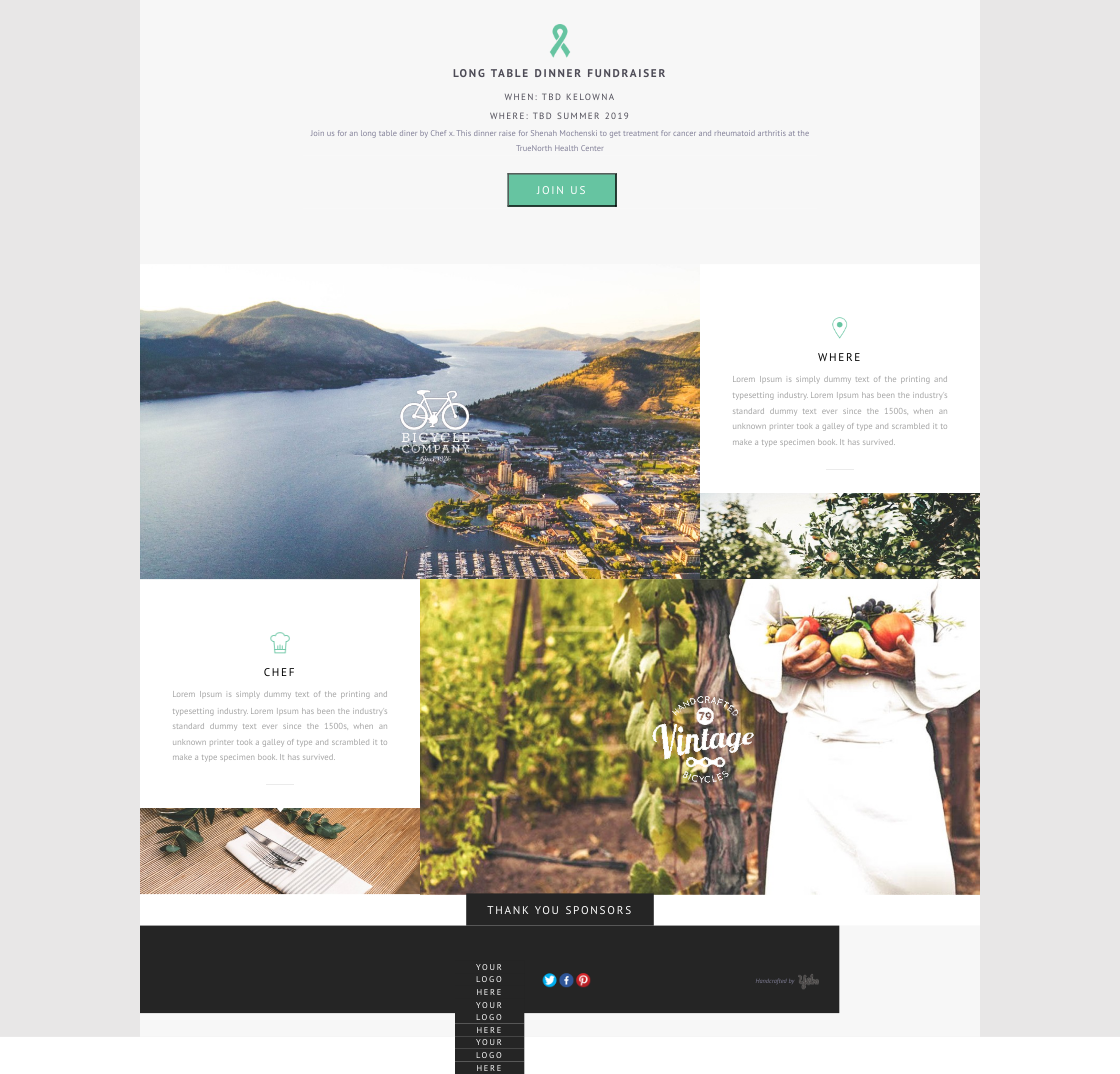
Repository: vancodes/longtable
Page: index.html
The author's editor kept a copy of each file at every save. The page is drawn from the files as they stood at one save, then again after the next save.
The browser window is 1280 px wide. The page is 1600 px wide, so the pictures cover 1600 px, including what lies to the right of the window. The pictures show the part of the page from y = 796 to 2356 px (the page is 2330 px tall before and 2356 px after), at 70% of full size.

Above is the page before, as saved 2019-04-08 16:05:33.

After the next save:
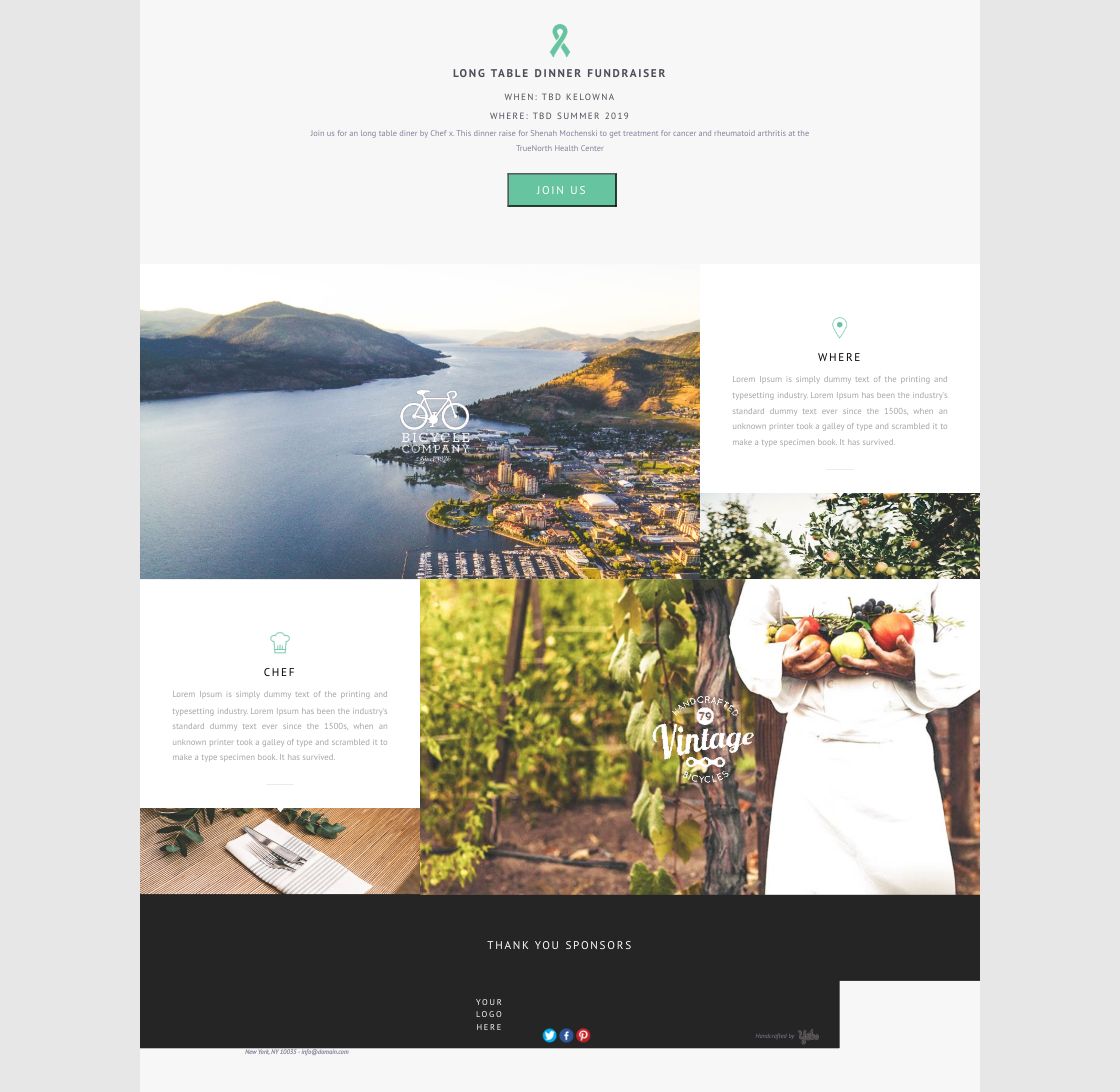
Saved 10 s later.
--- a/index.css
+++ b/index.css
@@ -544,6 +544,12 @@ img {
 
 /* last section */
 
+.discover-container {
+  background-color: #252525;
+  height: 75px;
+  padding-top: 50px;
+}
+
 .discover-text button {
   border: none;
   padding: 3px 30px;
@@ -557,7 +563,7 @@ img {
   color: #fff;
   background-color: #252525;
 }
-.sponsor-bar {
+.sponsor-logo {
   position: absolute;
   background-color: #252525;
   height: 75px;
